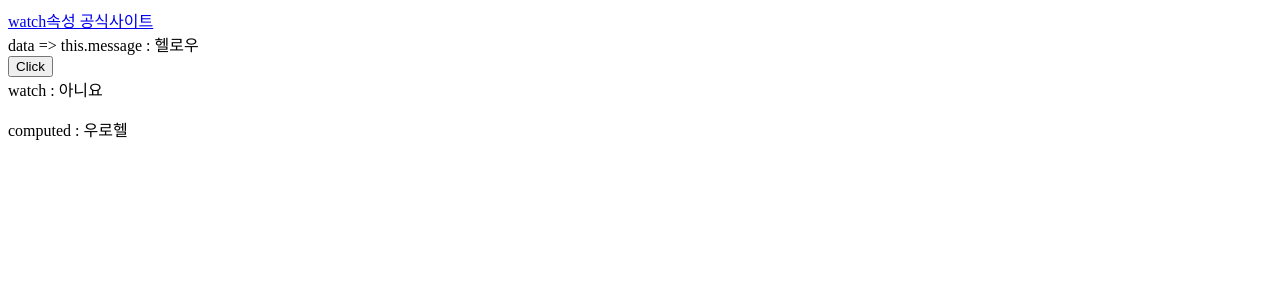
Repository: RyuGeunHwan/code_J
Page: Vuejs/22-08-10 vuejs watch 속성.html
These files come from the project's save history. The page is drawn as it stood at one moment and after the next save; the edit follows.
The browser window is 1280 px wide. The pictures show the whole page.

Above is the page before, as saved 2022-08-19 09:30:22.

### Vuejs/22-08-10 vuejs watch 속성.html
<!DOCTYPE html>
<html lang="en">
<head>
    <meta charset="UTF-8">
    <meta http-equiv="X-UA-Compatible" content="IE=edge">
    <meta name="viewport" content="width=device-width, initial-scale=1.0">
    <title>watch 속성</title>
    <script src="https://cdn.jsdelivr.net/npm/vue/dist/vue.js"></script>
</head>
<body>
    <a href="https://kr.vuejs.org/v2/guide/computed.html#watch-%EC%86%8D%EC%84%B1">watch속성 공식사이트</a>
    <div id="app">
        data => this.message : {{message}} <br>
        <button @click="changeMessage()">Click</button><br>
        watch : {{updated}} <br>
        <p>computed : {{reversedMessage}}</p>
    </div>
    <script>
        new Vue({
            el: '#app',
            data:{
                message: '헬로우',
                updated: '아니요'
            },
            methods:{
                changeMessage(){
                    this.message = '류근환';
                }
            },
            computed:{
                reversedMessage : function(){
                    return this.message.split('').reverse().join('');
                }
            },
            watch:{ // watch에서 message가 변경되는걸 지켜보다가 newVal과 oldVal를 출력 후 updated값 변경
                // newVal : 업데이트된 값 , oldVal : 기존 값
                message(newVal, oldVal){
                    console.log('newVal : '+newVal);
                    console.log('oldVal : '+oldVal);
                    this.updated = '네';
                }
            }
        })
    </script>
</body>
</html>

After the next save:
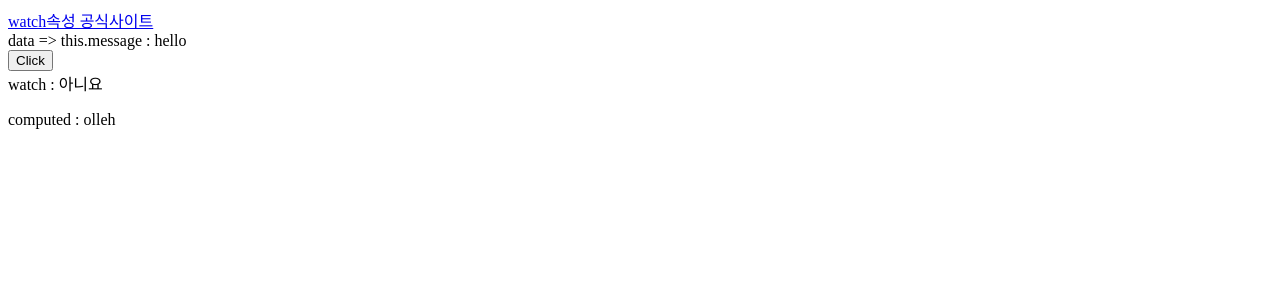
Saved 8 min 42 s later.
--- a/Vuejs/22-08-10 vuejs watch 속성.html
+++ b/Vuejs/22-08-10 vuejs watch 속성.html
@@ -19,7 +19,7 @@
         new Vue({
             el: '#app',
             data:{
-                message: '헬로우',
+                message: 'hello',
                 updated: '아니요'
             },
             methods:{
